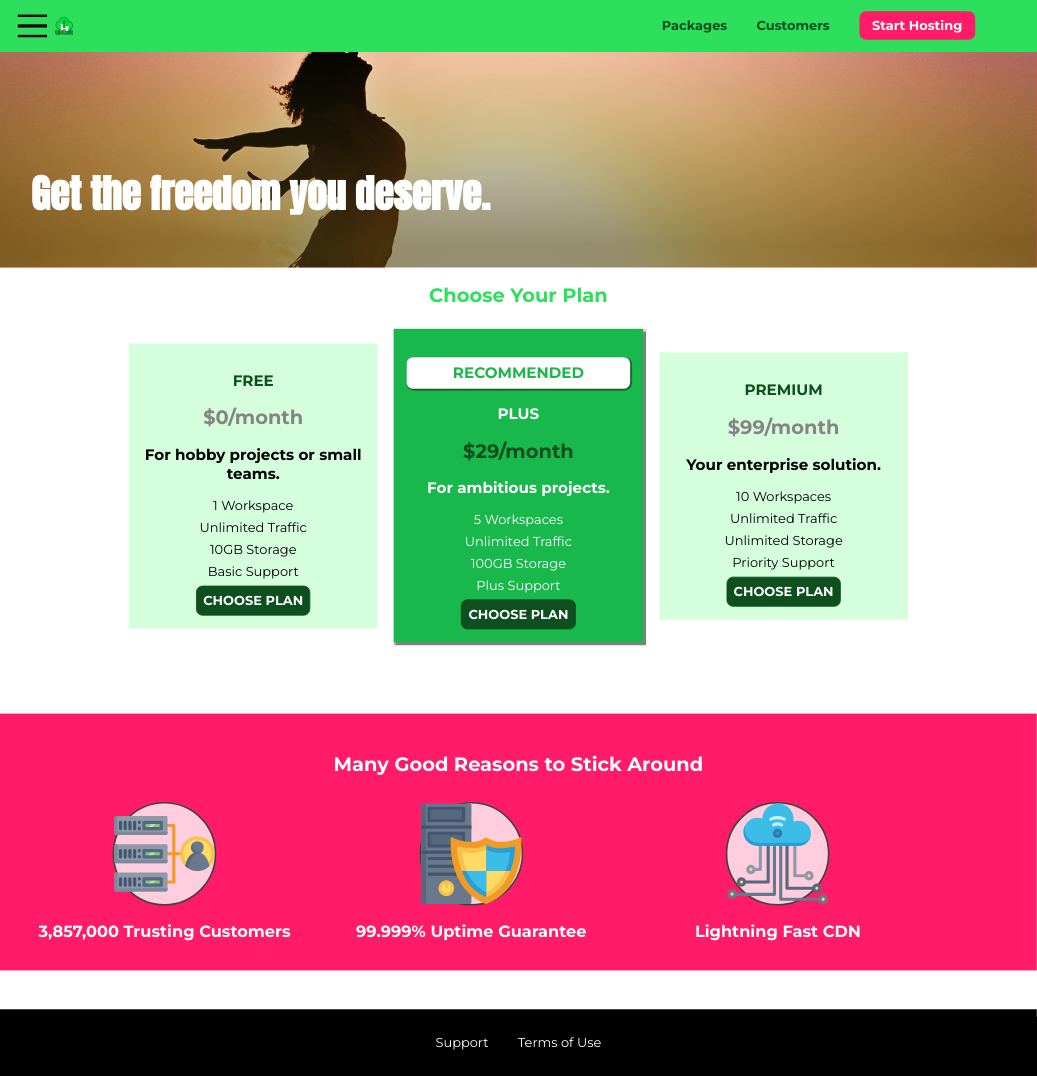
Repository: luacooli/css-course
Page: my_project/index.html
These files come from the project's save history. The page is drawn as it stood at one moment and after the next save; the edit follows.
The browser window is 1280 px wide. The pictures show the whole page, at 81% of full size.

Above is the page before, as saved 2020-09-15 07:14:36.

After the next save:
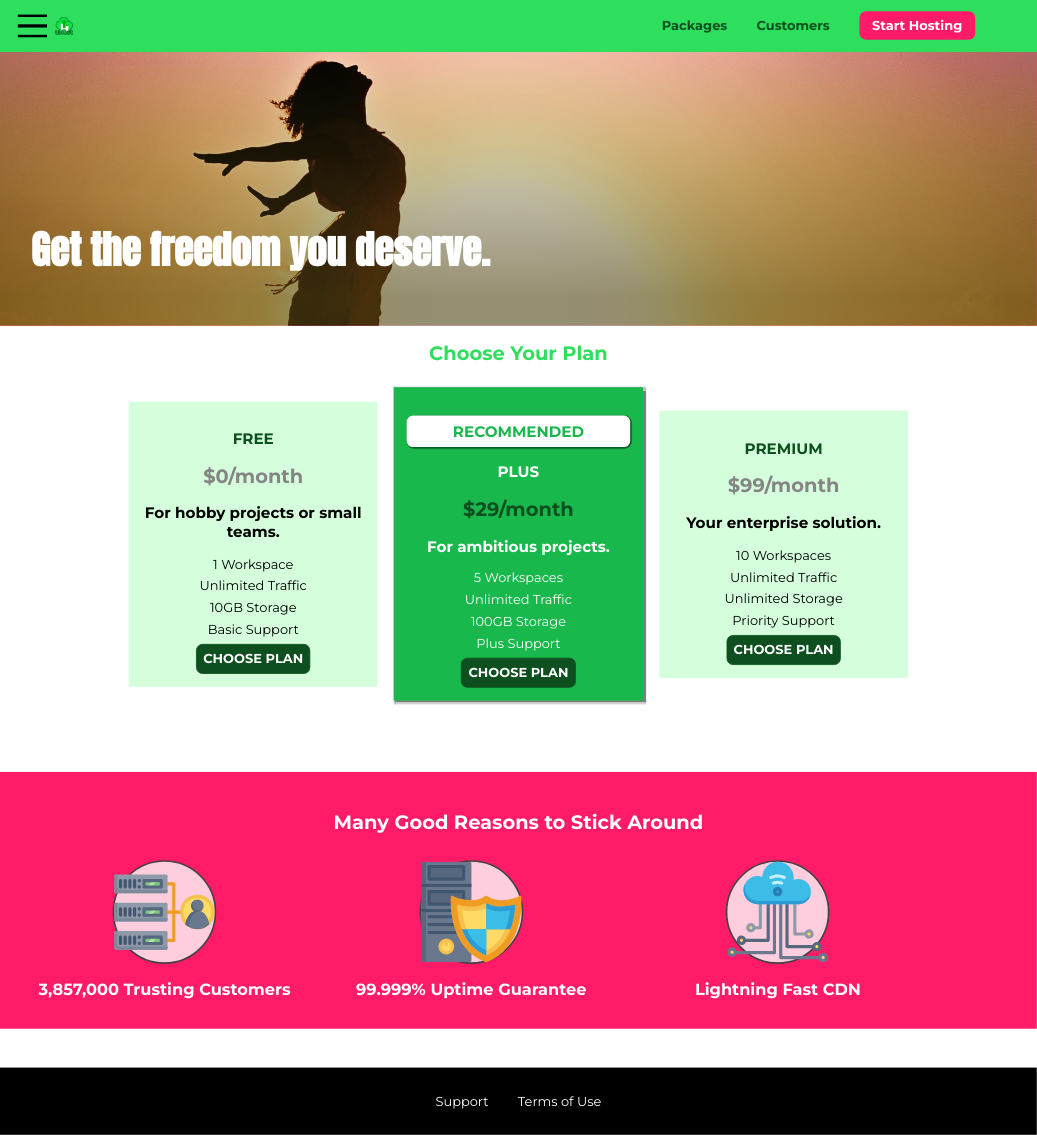
Saved 12 min 3 s later.
--- a/my_project/main.css
+++ b/my_project/main.css
@@ -34,6 +34,13 @@
 
   #product-overview h1 {
     font-size: 3rem;
+  }
+}
+
+@media (min-width: 60rem) {
+  #product-overview {
+    height: 50vh;
+    background-position: 50% 25%;
   }
 }
 
